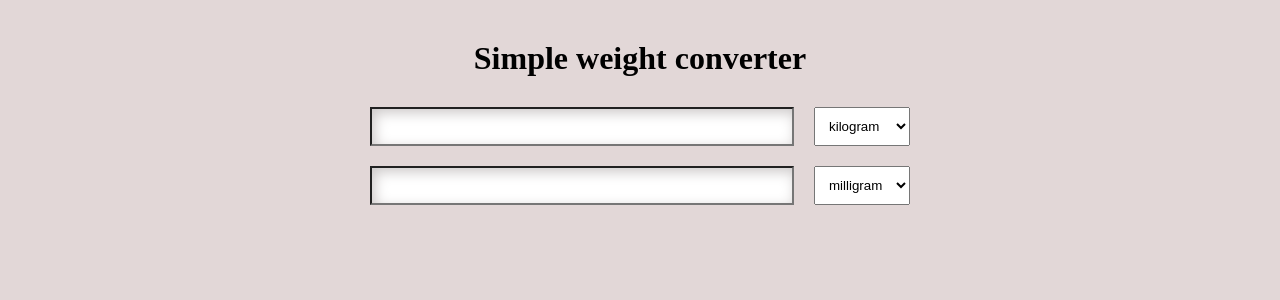
Repository: Eugene44-hub/weight-converter
Page: index.html
These files come from the project's save history. The page is drawn as it stood at one moment and after the next save; the edit follows.
The browser window is 1280 px wide. The pictures show the whole page.

Above is the page before, as saved 2021-09-20 05:17:53.

After the next save:
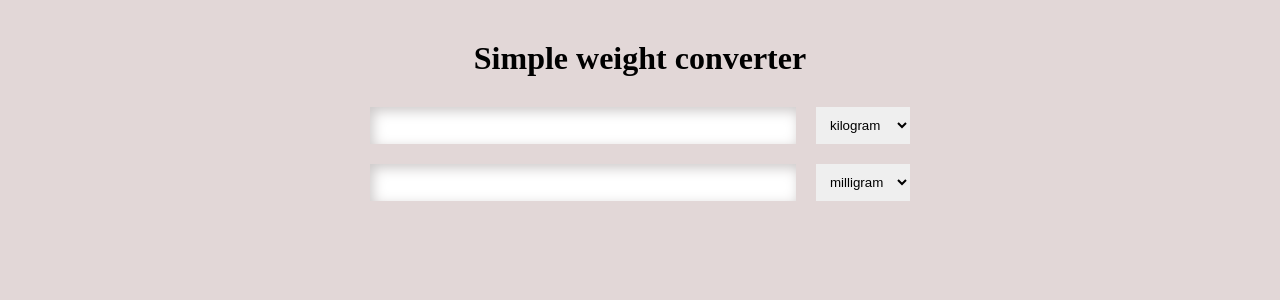
Saved 5 s later.
--- a/style.css
+++ b/style.css
@@ -36,4 +36,6 @@ select {
 select,
 input {
     margin: 10px;
+    outline: none;
+    border: none;
 }
